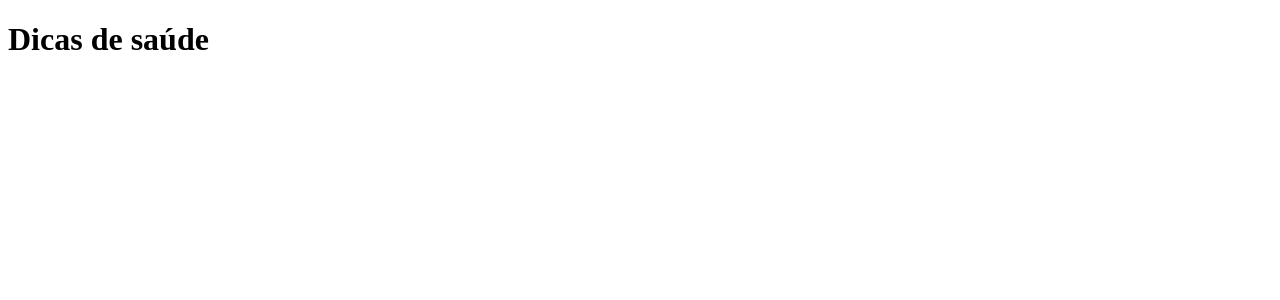
Repository: Cristiane-Sartori14/dicasSaude
Page: index.html
The author's editor kept a copy of each file at every save. The page is drawn from the files as they stood at one save, then again after the next save.
The browser window is 1280 px wide. The pictures show the whole page.

Above is the page before, as saved 2025-05-18 20:34:55.

After the next save:
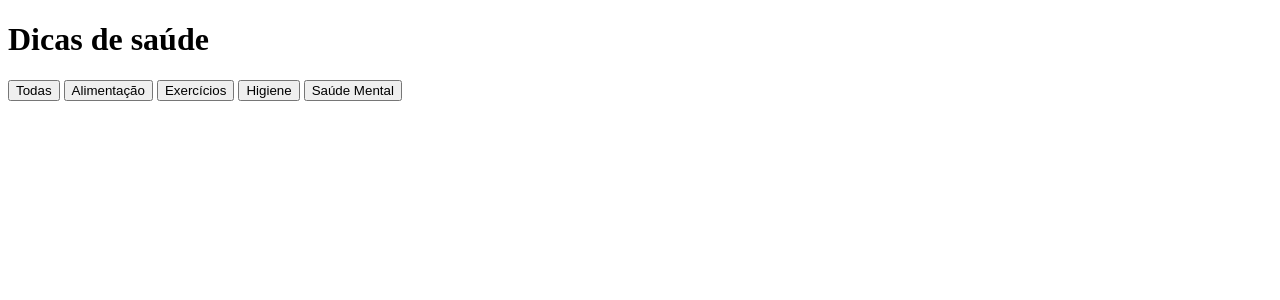
Saved 21 s later.
--- a/index.html
+++ b/index.html
@@ -9,7 +9,13 @@
 <body>
     <header>
         <h1>Dicas de saúde</h1>
-
+        <div class="filtros">
+            <button onclick="filtrarDicas('todas')">Todas</button>
+            <button onclick="filtrarDicas('alimentacao')">Alimentação</button>
+            <button onclick="filtrarDicas('exercicios')">Exercícios</button>
+            <button onclick="filtrarDicas('higiene')">Higiene</button>
+            <button onclick="filtrarDicas('mental')">Saúde Mental</button>
+    </div>
     </header>
 
 
